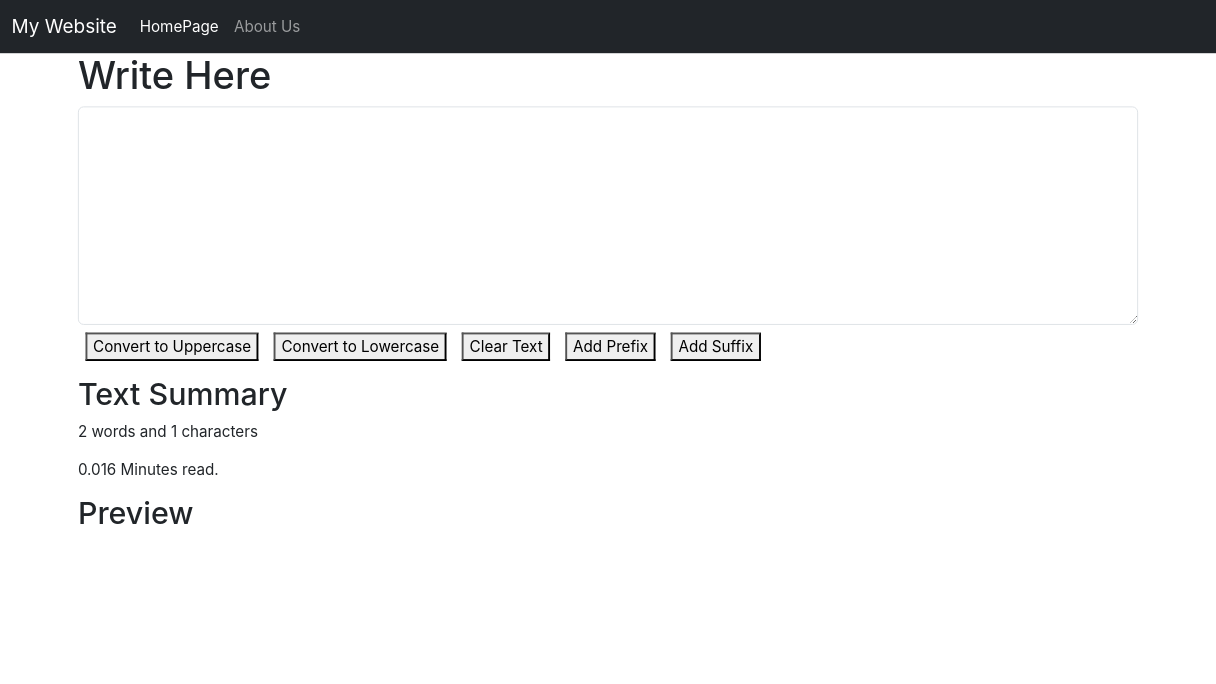
Repository: WajihaGul/Reactjs
Page: /
An editor plug-in stored every save of this project. The page is shown before and after the next save, followed by the edit.
The browser window is 1280 px wide. The pictures show the whole page, at 95% of full size.
The project was rebuilt for these pictures with package versions that can differ from the ones it lists, and the page was loaded fresh each time. A package was used in the major version that the imports need, not the one package.json lists. Also part of the build but not shown: src/App.css, src/Components/Alert.js.

Above is the page before, as saved 2024-02-12 19:07:25.

### public/index.html
<!DOCTYPE html>
<html lang="en">
  <head>
    <meta charset="utf-8" />
    <link rel="icon" href="favicon-16x16.png" />
    <meta name="viewport" content="width=device-width, initial-scale=1" />
    <meta name="theme-color" content="#000000" />
    <meta
      name="TextUtils"
      content="Web site created using create-react-app"
    />
    <link rel="apple-touch-icon" href="%PUBLIC_URL%/logo192.png" />
    <!--
      manifest.json provides metadata used when your web app is installed on a
      user's mobile device or desktop. See https://developers.google.com/web/fundamentals/web-app-manifest/
    -->
    <link rel="manifest" href="%PUBLIC_URL%/manifest.json" />
    <!--
      Notice the use of %PUBLIC_URL% in the tags above.
      It will be replaced with the URL of the `public` folder during the build.
      Only files inside the `public` folder can be referenced from the HTML.

      Unlike "/favicon.ico" or "favicon.ico", "%PUBLIC_URL%/favicon.ico" will
      work correctly both with client-side routing and a non-root public URL.
      Learn how to configure a non-root public URL by running `npm run build`.
    -->


    <link href="https://cdn.jsdelivr.net/npm/bootstrap@5.3.2/dist/css/bootstrap.min.css" rel="stylesheet" integrity="sha384-T3c6CoIi6uLrA9TneNEoa7RxnatzjcDSCmG1MXxSR1GAsXEV/Dwwykc2MPK8M2HN" crossorigin="anonymous">
    <title>TextUtils</title>

  </head>
  <body>
    <noscript>You need to enable JavaScript to run this app.</noscript>
    <div id="root"></div>
    <script src="https://cdn.jsdelivr.net/npm/bootstrap@5.3.2/dist/js/bootstrap.bundle.min.js" integrity="sha384-C6RzsynM9kWDrMNeT87bh95OGNyZPhcTNXj1NW7RuBCsyN/o0jlpcV8Qyq46cDfL" crossorigin="anonymous"></script>

  </body>
</html>

### src/App.js
import './App.css';
import Navbar from './Components/Navbar';
import Alert from './Components/Alert';
import TextArea from  './Components/TextArea';
import { useState } from 'react';
import {
  createBrowserRouter,
  RouterProvider,
} from "react-router-dom";

function App() {
const  [alert, setAlert] = useState(null);

const showAlert=(message,type)=>{
  setAlert({
    msg:message,
    type:type
  });
  setTimeout(()=>{
    setAlert(null)
  },3000);
}


return (
<>
<Navbar title="My Website" about="About Us" home="HomePage"   />
<Alert alert={alert}/>
<TextArea  showAlert={showAlert}/>

</>
  );
}

export default App;

### src/Components/Navbar.js
import React from 'react'
import PropTypes from 'prop-types'
export default function Navbar(props) {
  return (
    <nav className="navbar navbar-expand-lg navbar-dark bg-dark">
        <div className="container-fluid">
          <a className="navbar-brand" href="/">{props.title}</a>
          <button className="navbar-toggler" type="button" data-bs-toggle="collapse" data-bs-target="#navbarSupportedContent" aria-controls="navbarSupportedContent" aria-expanded="false" aria-label="Toggle navigation">
            <span className="navbar-toggler-icon"></span>
          </button>
          <div className="collapse navbar-collapse" id="navbarSupportedContent">
            <ul className="navbar-nav me-auto mb-2 mb-lg-0">
              <li className="nav-item">
                <a className="nav-link active" aria-current="page" href="/">{props.home}</a>
              </li>
              <li className="nav-item">
                <a className="nav-link" href="/">{props.about}</a>
              </li>

            </ul>
            {/*<form className="d-flex" role="search">
              <input className="form-control me-2" type="search" placeholder="Search" aria-label="Search"/>
              <button className="btn btn-outline-success" type="submit">Search</button>
            </form>

            <div className="form-check form-switch">
              <input className="form-check-input" onClick={props.switchMode} type="checkbox" role="switch" id="flexSwitchCheckDefault" />
               <label className="form-check-label" htmlFor="flexSwitchCheckDefault">Switch Mode</label>
              </div>

                <div className={`form-check form-switch text-${props.mode==='light'?'dark':'light'}`}>
                        <input className="form-check-input" onClick={props.toggleMode} type="checkbox" id="flexSwitchCheckDefault"/>
                        <label className="form-check-label" htmlFor="flexSwitchCheckDefault">Enable DarkMode</label>
                    </div>
                    */}
          </div>
        </div>
      </nav>
  )
}
Navbar.propTypes = {
    title: PropTypes.string ,
    about: PropTypes.string ,
    home: PropTypes.string
}
Navbar.defaultProps = {
    title : "Home",
    about : "About",

}

### src/Components/TextArea.js
import { useState } from "react"
import React from 'react'

export default function TextArea(props) {

    const textOnChange=(event)=>{
        setText(event.target.value);
    }

    const textUpper=()=>{
        let newText=text.toUpperCase();
        setText(newText);
        props.showAlert("Text converted to UpperCase","success")
    }

    const textLower=()=>{
        let newText=text.toLowerCase();
        setText(newText);
        props.showAlert("Text converted to LowerCase","success")
    }

    const textClear=()=>{
        let newText=' ';
        setText(newText);
        props.showAlert("Cleared the Text Area","success");
    }

    const prefixText=()=>{
        let newText='New Text ' +text;
        setText(newText);
        props.showAlert(`Added Prefix to the Text`,"success")
    }

    const suffixText=()=>{
        let newText= text + ' New Text ';
        setText(newText);
        props.showAlert('Appended Suffix to the Text','success')
    }

    const [text,setText]=useState(' ');

    return (
   <>
    <div className='container'>
        <h1>Write Here</h1>
  <textarea className="form-control" value={text} onChange={textOnChange} id="floatingTextarea" rows={9}></textarea>
  <button className="btn1  mx-2 my-2" onClick={textUpper}  >Convert to Uppercase</button>
  <button className="btn2 mx-2 my-2" onClick={textLower}  >Convert to Lowercase</button>
  <button className="btn3 mx-2 " onClick={textClear}  >Clear Text</button>
  <button className="btn4 mx-2 " onClick={prefixText}  >Add Prefix</button>
  <button className="btn5 mx-2 " onClick={suffixText}  >Add Suffix</button>

  </div>
  <div className="container my-2">
    <h2 >Text Summary</h2>
    <p>{text.split(' ').length} words and {text.length} characters</p>
    <p>{0.008*text.split(' ').length} Minutes read.</p>
    <h2>Preview</h2>
    <p><b>{text}</b></p>
  </div>
  </>
  )
}

### src/Components/About.js
import React from 'react'
import { useState } from 'react'

export default function About() {
    const [style, setStyle] = useState({
        color: 'white' ,
        backgroundColor: 'black'
    })

    const [btnText, setBtnText]=useState('Switch to Light Mode')

    const toggleMode=()=>{
    if(style.color==='white'){
        setStyle({
            color: 'black' ,
            backgroundColor: 'white'
        })
        setBtnText('Switch to Dark Mode')
    }
        else{
            setStyle({
                color: 'white' ,
                backgroundColor: 'black'
        })
        setBtnText('Switch to Light Mode')
    }
    }
    return (
    <div className='container my-3' style={style}>
        <h1>About Us</h1>
<div className="accordion" id="accordionExample" style={style}>
  <div className="accordion-item">
    <h2 className="accordion-header">
      <button  className="accordion-button" style={style} type="button" data-bs-toggle="collapse" data-bs-target="#collapseOne" aria-expanded="true" aria-controls="collapseOne">
        Accordion Item #1
      </button>
    </h2>
    <div id="collapseOne" className="accordion-collapse collapse show" data-bs-parent="#accordionExample">
      <div className="accordion-body" style={style}>
        <strong>This is the first item's accordion body.</strong> It is shown by default, until the collapse plugin adds the appropriate classes that we use to style each element. These classes control the overall appearance, as well as the showing and hiding via CSS transitions. You can modify any of this with custom CSS or overriding our default variables. It's also worth noting that just about any HTML can go within the <code>.accordion-body</code>, though the transition does limit overflow.
      </div>
    </div>
  </div>
  <div className="accordion-item" >
    <h2 className="accordion-header">
      <button style={style} className="accordion-button collapsed" type="button" data-bs-toggle="collapse" data-bs-target="#collapseTwo" aria-expanded="false" aria-controls="collapseTwo">
        Accordion Item #2
      </button>
    </h2>
    <div id="collapseTwo" className="accordion-collapse collapse" data-bs-parent="#accordionExample">
      <div className="accordion-body" style={style}>
        <strong>This is the second item's accordion body.</strong> It is hidden by default, until the collapse plugin adds the appropriate classes that we use to style each element. These classes control the overall appearance, as well as the showing and hiding via CSS transitions. You can modify any of this with custom CSS or overriding our default variables. It's also worth noting that just about any HTML can go within the <code>.accordion-body</code>, though the transition does limit overflow.
      </div>
    </div>
  </div>
  <div className="accordion-item">
    <h2 className="accordion-header">
      <button className="accordion-button collapsed" style={style} type="button" data-bs-toggle="collapse" data-bs-target="#collapseThree" aria-expanded="false" aria-controls="collapseThree">
        Accordion Item #3
      </button>
    </h2>
    <div id="collapseThree" className="accordion-collapse collapse" data-bs-parent="#accordionExample">
      <div className="accordion-body" style={style}>
        <strong>This is the third item's accordion body.</strong> It is hidden by default, until the collapse plugin adds the appropriate classes that we use to style each element. These classes control the overall appearance, as well as the showing and hiding via CSS transitions. You can modify any of this with custom CSS or overriding our default variables. It's also worth noting that just about any HTML can go within the <code>.accordion-body</code>, though the transition does limit overflow.
      </div>
    </div>
  </div>
</div>
<div className='btn my-3'>
  <input className="btn btn-primary" value={btnText} type="button" btnText onClick={toggleMode}></input>
</div>
</div>
  )
}

Loaded but not shown: src/index.js (common file); src/index.css (common file); src/reportWebVitals.js (common file)

After the next save:
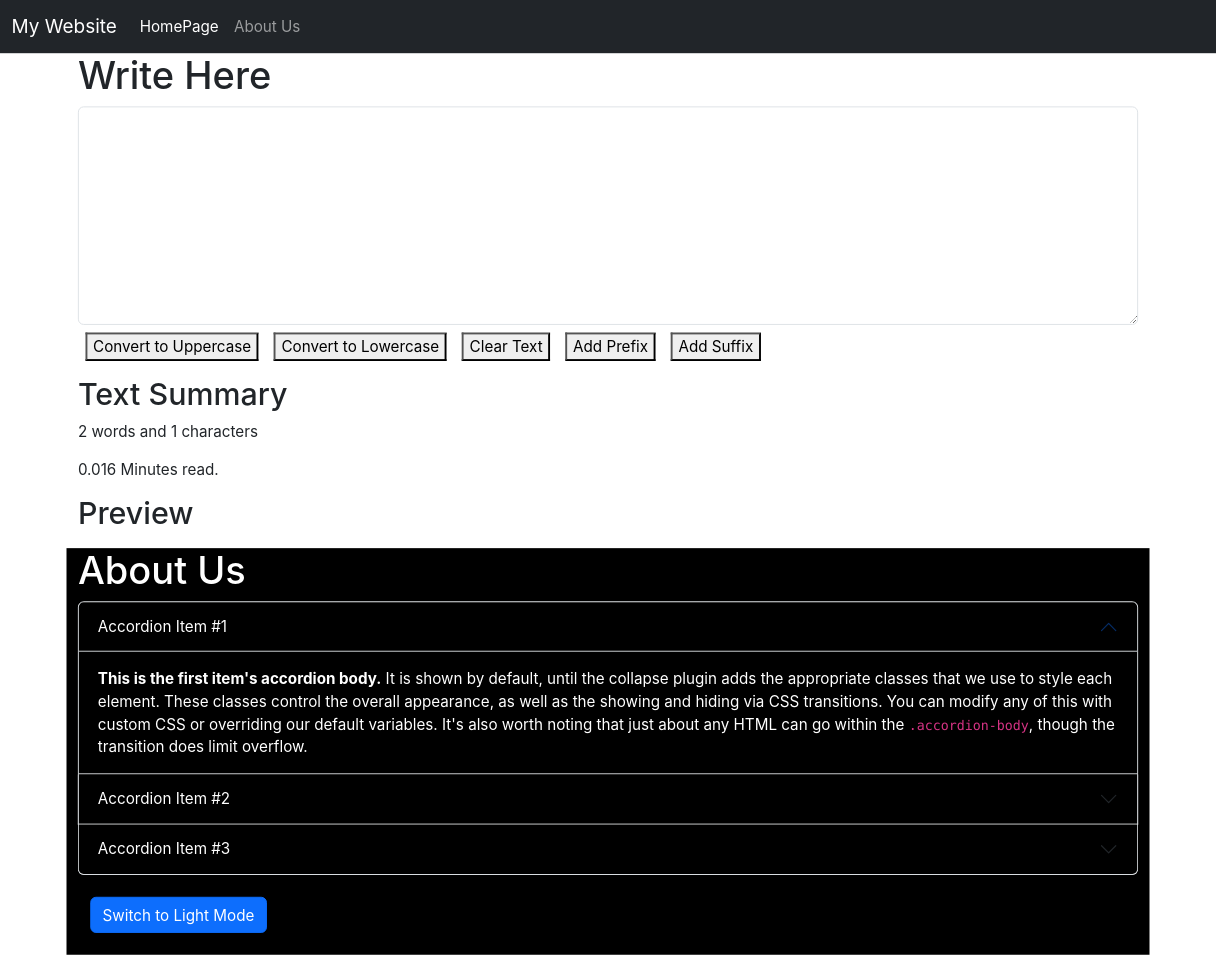
Saved 8 min 15 s later.
--- a/src/App.js
+++ b/src/App.js
@@ -2,10 +2,13 @@ import './App.css';
 import Navbar from './Components/Navbar';
 import Alert from './Components/Alert';
 import TextArea from  './Components/TextArea';
+import About from './Components/About';
 import { useState } from 'react';
 import {
-  createBrowserRouter,
-  RouterProvider,
+  BrowserRouter as Router,
+  Switch,
+  Route,
+  Link
 } from "react-router-dom";
 
 function App() {
@@ -27,7 +30,7 @@ return (
 <Navbar title="My Website" about="About Us" home="HomePage"   />
 <Alert alert={alert}/>
 <TextArea  showAlert={showAlert}/>
-
+<About/>
 </>
   );
 }
